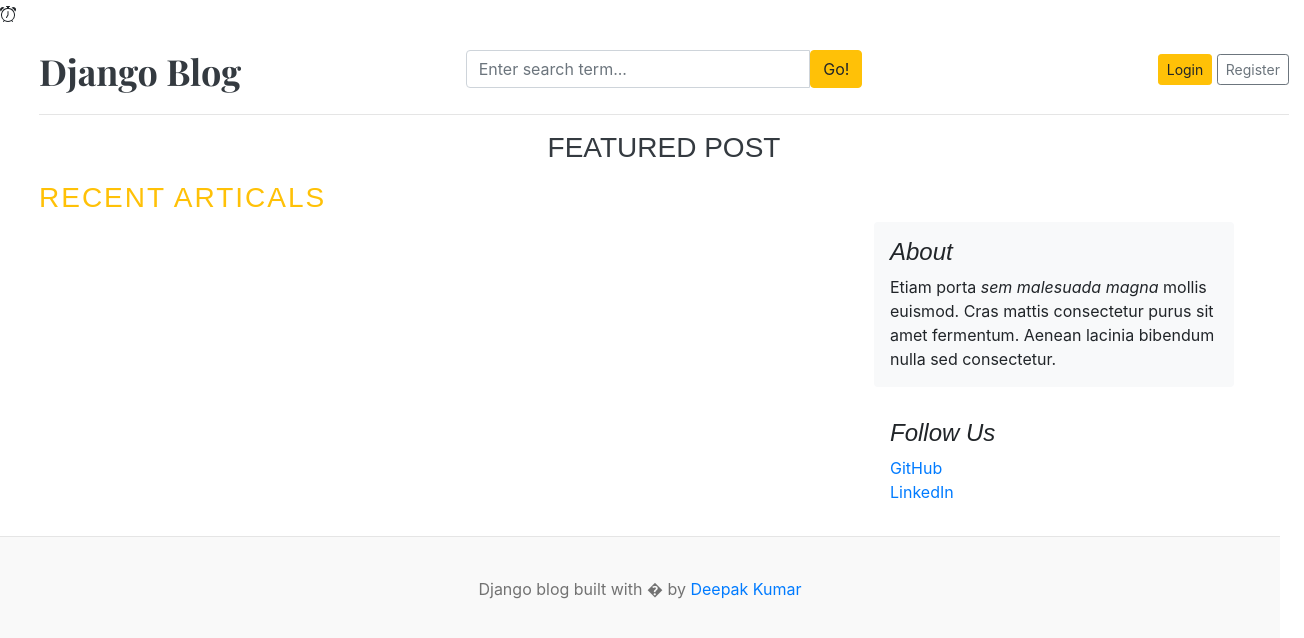
Repository: vijayholve/Blog-Website-Django
Page: templates/home.html
An editor plug-in stored every save of this project. The page is shown before and after the next save, followed by the edit.
The browser window is 1280 px wide. The page is 1304 px wide, so the pictures cover 1304 px, including what lies to the right of the window. The pictures show the whole page.
The template is drawn by Django 5.2. The application's start-up code is not run. Other server files are loaded and not shown. The template is opened directly, without the code that normally fills it, so the values that code supplies are empty.

Above is the page before, as saved 2025-01-29 16:00:49.

### templates/home.html

{% extends 'base/base.html' %}

{% block content %}

{% for post in featured_post %}
 {% if forloop.first %}
<div class="jumbotron p-3 p-md-5 text-white rounded bg-dark" style="background-image: url({{ post.blog_image.url }});background-blend-mode: overlay;background-size:cover;">
    <div class="col-md-8 px-0">
      <h1 class="display-4 font-italic"><a href="{% url 'blogs' post.slug %}">{{ post.title }}</a></h1>
      <p class="lead my-3">{{ post.short_description | truncatewords:20 }}</p>
      <p class="lead mb-0"><a href="#" class="text-white font-weight-bold">Continue reading...</a></p>
    </div>
</div>
  {% endif %}
{% endfor %}


<!-- Featured POST -->
<h3 class="text-uppercase text-dark text-bold text-center" >Featured POST</h3>
  <div class="row mb-2">
    {% for post in featured_post %}
      {% if not forloop.first %}
    <div class="col-md-6">
      <div class="card border-0" >
        <div class="card-body">
          <h3><a href="{% url 'blogs' post.slug %}">{{ post.title }}</a></h3>
          <small class="mb-1 text-muted"><i class="bi bi-alarm"></i> {{ post.created_at | timesince }} ago | {{ post.author }}</small>
          <p class="card-text">{{ post.short_description | truncatewords:20 }}</p>
        </div>
      </div>
    </div>
     {% endif %}
    {% endfor %}
  </div>


  <!-- Recent artical -->
  <h3 class="text-uppercase text-warning" style="letter-spacing: 2px;">Recent Articals</h3>
  <main role="main" class="container p-0">
    <div class="row">
      <div class="col-md-8 blog-main">
        {% for post in posts %}
        <div class="card border-0" >
          <div class="card-body">
            <h3><a href="{% url 'blogs' post.slug %}">{{ post.title }}</a></h3>
            <small class="mb-1 text-muted">{{ post.created_at | timesince }} ago | {{ post.author }}</small>
            <p class="card-text">{{ post.short_description | truncatewords:20 }}</p>
          </div>
        </div>
        {% endfor %}
      </div>
      <!-- /.blog-main -->

      <aside class="col-md-4 blog-sidebar">
        <div class="p-3 mb-3 bg-light rounded">
          <h4 class="font-italic">About</h4>
          <p class="mb-0">Etiam porta <em>sem malesuada magna</em> mollis euismod. Cras mattis consectetur purus sit amet fermentum. Aenean lacinia bibendum nulla sed consectetur.</p>
        </div>

        <div class="p-3">
          <h4 class="font-italic">Follow Us</h4>
          <ol class="list-unstyled">
            <li><a href="#">GitHub</a></li>
            <li><a href="#">LinkedIn</a></li>
          </ol>
        </div>
      </aside><!-- /.blog-sidebar -->

    </div><!-- /.row -->

  </main><!-- /.container -->

</div>
{% endblock %}

### templates/base/base.html
<!-- Header part -->
{% include './header.html' %}

<!-- Main content part -->
{% block content %}
<div class="container-fluid">

</div>
{% endblock %}

<!-- Footer -->
{% include './footer.html' %}

### templates/base/header.html
{% load static %}
<!DOCTYPE html>
<html lang="en">
<head>
    <meta charset="UTF-8">
    <meta http-equiv="X-UA-Compatible" content="IE=edge">
    <meta name="viewport" content="width=device-width, initial-scale=1.0">
    <title>SM Joshi Blogs</title>
    <link href="https://getbootstrap.com/docs/4.0/dist/css/bootstrap.min.css" rel="stylesheet">
    <link href="https://fonts.googleapis.com/css?family=Playfair+Display:700,900" rel="stylesheet">
    <link href="{% static 'css/blog.css' %}" rel="stylesheet">
    <link href="{% static 'css/Navbar.css' %}" rel="stylesheet">
    <link rel="stylesheet" href="https://cdn.jsdelivr.net/npm/bootstrap@4.4.1/dist/css/bootstrap.min.css" integrity="sha384-Vkoo8x4CGsO3+Hhxv8T/Q5PaXtkKtu6ug5TOeNV6gBiFeWPGFN9MuhOf23Q9Ifjh" crossorigin="anonymous">
    <svg xmlns="http://www.w3.org/2000/svg" width="16" height="16" fill="currentColor" class="bi bi-alarm" viewBox="0 0 16 16">
      <path d="M8.5 5.5a.5.5 0 0 0-1 0v3.362l-1.429 2.38a.5.5 0 1 0 .858.515l1.5-2.5A.5.5 0 0 0 8.5 9z"/>
      <path d="M6.5 0a.5.5 0 0 0 0 1H7v1.07a7.001 7.001 0 0 0-3.273 12.474l-.602.602a.5.5 0 0 0 .707.708l.746-.746A6.97 6.97 0 0 0 8 16a6.97 6.97 0 0 0 3.422-.892l.746.746a.5.5 0 0 0 .707-.708l-.601-.602A7.001 7.001 0 0 0 9 2.07V1h.5a.5.5 0 0 0 0-1zm1.038 3.018a6 6 0 0 1 .924 0 6 6 0 1 1-.924 0M0 3.5c0 .753.333 1.429.86 1.887A8.04 8.04 0 0 1 4.387 1.86 2.5 2.5 0 0 0 0 3.5M13.5 1c-.753 0-1.429.333-1.887.86a8.04 8.04 0 0 1 3.527 3.527A2.5 2.5 0 0 0 13.5 1"/>
    </svg>
    <link rel="stylesheet" href="https://cdnjs.cloudflare.com/ajax/libs/font-awesome/4.7.0/css/font-awesome.min.css">
  </head>
<body>
    <div class="container-fluid ml-4">
      <header class="blog-header py-3">
        <div class="row flex-nowrap justify-content-between align-items-center">
          <div class="col-4 pt-1">
            <a class="blog-header-logo text-dark" href="/">Django Blog</a>
          </div>
          <div class="col-4">
            <form action="{% url 'search' %}" method="GET">
              <div class="input-group">
                <input class="form-control" name="keyword" type="text" placeholder="Enter search term..." aria-label="Enter search term..." aria-describedby="button-search" />
                <button type="submit" class="btn btn-warning" id="button-search" type="button">Go!</button>
            </div>
            </form>
          </div>

          <div class="col-4 d-flex justify-content-end align-items-center">
            {% if not user.is_authenticated %}
            <a class="btn btn-sm btn-warning" href="{% url 'login' %}">Login</a> &nbsp;
            <a class="btn btn-sm btn-outline-secondary" href="{% url 'register' %}">Register</a>
            {% else %}
            <span><a href="{% url 'dashboard' %}" class="btn btn-warning">Dashboard</a></span> &nbsp;
            <span><a href="{% url 'logout' %}">Logout</a></span>
            {% endif %}
          </div>
        </div>
      </header>

      <div class="nav-scroller py-1 mb-2">
        <nav class="nav d-flex justify-content-between">
          {% for cat in categories %}
          <a class="p-2 text-muted" href="{% url 'posts_by_category' cat.id  %}">{{ cat.category_name }}</a>
          {% endfor %}
        </nav>
      </div>

### templates/base/footer.html
<footer class="blog-footer">
    <p>Django blog built with � by <a href="#">Deepak Kumar</a></p>
  </footer>
  </body>
  </html>

### static/css/blog.css
/* stylelint-disable selector-list-comma-newline-after */

.blog-header {
  border-bottom: 1px solid #e5e5e5;
}

.blog-header-logo {
  font-family: "Playfair Display", Georgia, "Times New Roman", serif/*rtl:Amiri, Georgia, "Times New Roman", serif*/;
  font-size: 2.25rem;
}

.blog-header-logo:hover {
  text-decoration: none;
}

h1, h2, h3, h4, h5, h6 {
  font-family: "Playfair Display", Georgia, "Times New Roman", serif/*rtl:Amiri, Georgia, "Times New Roman", serif*/;
}

.display-4 {
  font-size: 2.5rem;
}
@media (min-width: 768px) {
  .display-4 {
    font-size: 3rem;
  }
}

.flex-auto {
  flex: 0 0 auto;
}

.h-250 { height: 250px; }
@media (min-width: 768px) {
  .h-md-250 { height: 250px; }
}

/* Pagination */
.blog-pagination {
  margin-bottom: 4rem;
}

/*
 * Blog posts
 */
.blog-post {
  margin-bottom: 4rem;
}
.blog-post-title {
  font-size: 2.5rem;
}
.blog-post-meta {
  margin-bottom: 1.25rem;
  color: #727272;
}

/*
 * Footer
 */
.blog-footer {
  padding: 2.5rem 0;
  color: #727272;
  text-align: center;
  background-color: #f9f9f9;
  border-top: .05rem solid #e5e5e5;
}
.blog-footer p:last-child {
  margin-bottom: 0;
}

### static/css/Navbar.css
:root {
    --font-family-sans-serif: "Open Sans", -apple-system, BlinkMacSystemFont,
    "Segoe UI", Roboto, "Helvetica Neue", Arial, sans-serif, "Apple Color Emoji",
    "Segoe UI Emoji", "Segoe UI Symbol", "Noto Color Emoji";
}

*, *::before, *::after {
    -webkit-box-sizing: border-box;
    box-sizing: border-box;
}

html {
    font-family: sans-serif;
    line-height: 1.15;
    -webkit-text-size-adjust: 100%;
    -webkit-tap-highlight-color: rgba(0, 0, 0, 0);
}

nav {
    display: block;
}

body {
    margin: 0;
    font-family: "Open Sans", -apple-system, BlinkMacSystemFont, "Segoe UI",
    Roboto, "Helvetica Neue", Arial, sans-serif, "Apple Color Emoji",
    "Segoe UI Emoji", "Segoe UI Symbol", "Noto Color Emoji";
    font-size: 1rem;
    font-weight: 400;
    line-height: 1.5;
    color: #515151;
    text-align: left;
    background-color: #e9edf4;
}

h1, h2, h3, h4, h5, h6 {
    margin-top: 0;
    margin-bottom: 0.5rem;
}

p {
    margin-top: 0;
    margin-bottom: 1rem;
}

a {
    color: #3f84fc;
    text-decoration: none;
    background-color: transparent;
}

a:hover {
    color: #0458eb;
    text-decoration: underline;
}

h1, h2, h3, h4, h5, h6, .h1, .h2, .h3, .h4, .h5, .h6 {
    font-family: "Nunito", sans-serif;
    margin-bottom: 0.5rem;
    font-weight: 500;
    line-height: 1.2;
}

h1, .h1 {
    font-size: 2.5rem;
    font-weight: normal;
}

.card {
    position: relative;
    display: -webkit-box;
    display: -webkit-flex;
    display: -ms-flexbox;
    display: flex;
    -webkit-box-orient: vertical;
    -webkit-box-direction: normal;
    -webkit-flex-direction: column;
    -ms-flex-direction: column;
    flex-direction: column;
    min-width: 0;
    word-wrap: break-word;
    background-color: #fff;
    background-clip: border-box;
    border: 1px solid rgba(0, 0, 0, 0.125);
    border-radius: 0;
}

.card-body {
    -webkit-box-flex: 1;
    -webkit-flex: 1 1 auto;
    -ms-flex: 1 1 auto;
    flex: 1 1 auto;
    padding: 1.25rem;
}

.card-header {
    padding: 0.75rem 1.25rem;
    margin-bottom: 0;
    background-color: rgba(0, 0, 0, 0.03);
    border-bottom: 1px solid rgba(0, 0, 0, 0.125);
    text-align: center;
}

.dashboard {
    display: -webkit-box;
    display: -webkit-flex;
    display: -ms-flexbox;
    display: flex;
    min-height: 100vh;
}

.dashboard-app {
    display: -webkit-box;
    display: -webkit-flex;
    display: -ms-flexbox;
    display: flex;
    -webkit-box-orient: vertical;
    -webkit-box-direction: normal;
    -webkit-flex-direction: column;
    -ms-flex-direction: column;
    flex-direction: column;
    -webkit-box-flex: 2;
    -webkit-flex-grow: 2;
    -ms-flex-positive: 2;
    flex-grow: 2;
    margin-top: 84px;
}

.dashboard-content {
    -webkit-box-flex: 2;
    -webkit-flex-grow: 2;
    -ms-flex-positive: 2;
    flex-grow: 2;
    padding: 25px;
}

.dashboard-nav {
    min-width: 238px;
    position: fixed;
    left: 0;
    top: 0;
    bottom: 0;
    overflow: auto;
    background-color: #373193;
}

.dashboard-compact .dashboard-nav {
    display: none;
}

.dashboard-nav header {
    min-height: 84px;
    padding: 8px 27px;
    display: -webkit-box;
    display: -webkit-flex;
    display: -ms-flexbox;
    display: flex;
    -webkit-box-pack: center;
    -webkit-justify-content: center;
    -ms-flex-pack: center;
    justify-content: center;
    -webkit-box-align: center;
    -webkit-align-items: center;
    -ms-flex-align: center;
    align-items: center;
}

.dashboard-nav header .menu-toggle {
    display: none;
    margin-right: auto;
}

.dashboard-nav a {
    color: #515151;
}

.dashboard-nav a:hover {
    text-decoration: none;
}

.dashboard-nav {
    background-color: #443ea2;
}

.dashboard-nav a {
    color: #fff;
}

.brand-logo {
    font-family: "Nunito", sans-serif;
    font-weight: bold;
    font-size: 20px;
    display: -webkit-box;
    display: -webkit-flex;
    display: -ms-flexbox;
    display: flex;
    color: #515151;
    -webkit-box-align: center;
    -webkit-align-items: center;
    -ms-flex-align: center;
    align-items: center;
}

.brand-logo:focus, .brand-logo:active, .brand-logo:hover {
    color: #dbdbdb;
    text-decoration: none;
}

.brand-logo i {
    color: #d2d1d1;
    font-size: 27px;
    margin-right: 10px;
}

.dashboard-nav-list {
    display: -webkit-box;
    display: -webkit-flex;
    display: -ms-flexbox;
    display: flex;
    -webkit-box-orient: vertical;
    -webkit-box-direction: normal;
    -webkit-flex-direction: column;
    -ms-flex-direction: column;
    flex-direction: column;
}

.dashboard-nav-item {
    min-height: 56px;
    padding: 8px 20px 8px 70px;
    display: -webkit-box;
    display: -webkit-flex;
    display: -ms-flexbox;
    display: flex;
    -webkit-box-align: center;
    -webkit-align-items: center;
    -ms-flex-align: center;
    align-items: center;
    letter-spacing: 0.02em;
    transition: ease-out 0.5s;
}

.dashboard-nav-item i {
    width: 36px;
    font-size: 19px;
    margin-left: -40px;
}

.dashboard-nav-item:hover {
    background: rgba(255, 255, 255, 0.04);
}

.active {
    background: rgba(0, 0, 0, 0.1);
}

.dashboard-nav-dropdown {
    display: -webkit-box;
    display: -webkit-flex;
    display: -ms-flexbox;
    display: flex;
    -webkit-box-orient: vertical;
    -webkit-box-direction: normal;
    -webkit-flex-direction: column;
    -ms-flex-direction: column;
    flex-direction: column;
}

.dashboard-nav-dropdown.show {
    background: rgba(255, 255, 255, 0.04);
}

.dashboard-nav-dropdown.show > .dashboard-nav-dropdown-toggle {
    font-weight: bold;
}

.dashboard-nav-dropdown.show > .dashboard-nav-dropdown-toggle:after {
    -webkit-transform: none;
    -o-transform: none;
    transform: none;
}

.dashboard-nav-dropdown.show > .dashboard-nav-dropdown-menu {
    display: -webkit-box;
    display: -webkit-flex;
    display: -ms-flexbox;
    display: flex;
}

.dashboard-nav-dropdown-toggle:after {
    content: "";
    margin-left: auto;
    display: inline-block;
    width: 0;
    height: 0;
    border-left: 5px solid transparent;
    border-right: 5px solid transparent;
    border-top: 5px solid rgba(81, 81, 81, 0.8);
    -webkit-transform: rotate(90deg);
    -o-transform: rotate(90deg);
    transform: rotate(90deg);
}

.dashboard-nav .dashboard-nav-dropdown-toggle:after {
    border-top-color: rgba(255, 255, 255, 0.72);
}

.dashboard-nav-dropdown-menu {
    display: none;
    -webkit-box-orient: vertical;
    -webkit-box-direction: normal;
    -webkit-flex-direction: column;
    -ms-flex-direction: column;
    flex-direction: column;
}

.dashboard-nav-dropdown-item {
    min-height: 40px;
    padding: 8px 20px 8px 70px;
    display: -webkit-box;
    display: -webkit-flex;
    display: -ms-flexbox;
    display: flex;
    -webkit-box-align: center;
    -webkit-align-items: center;
    -ms-flex-align: center;
    align-items: center;
    transition: ease-out 0.5s;
}

.dashboard-nav-dropdown-item:hover {
    background: rgba(255, 255, 255, 0.04);
}

.menu-toggle {
    position: relative;
    width: 42px;
    height: 42px;
    display: -webkit-box;
    display: -webkit-flex;
    display: -ms-flexbox;
    display: flex;
    -webkit-box-align: center;
    -webkit-align-items: center;
    -ms-flex-align: center;
    align-items: center;
    -webkit-box-pack: center;
    -webkit-justify-content: center;
    -ms-flex-pack: center;
    justify-content: center;
    color: #443ea2;
}

.menu-toggle:hover, .menu-toggle:active, .menu-toggle:focus {
    text-decoration: none;
    color: #875de5;
}

.menu-toggle i {
    font-size: 20px;
}

.dashboard-toolbar {
    min-height: 84px;
    background-color: #dfdfdf;
    display: -webkit-box;
    display: -webkit-flex;
    display: -ms-flexbox;
    display: flex;
    -webkit-box-align: center;
    -webkit-align-items: center;
    -ms-flex-align: center;
    align-items: center;
    padding: 8px 27px;
    position: fixed;
    top: 0;
    right: 0;
    left: 0;
    z-index: 1000;
}

.nav-item-divider {
    height: 1px;
    margin: 1rem 0;
    overflow: hidden;
    background-color: rgba(236, 238, 239, 0.3);
}

@media (min-width: 992px) {
    .dashboard-app {
        margin-left: 238px;
    }

    .dashboard-compact .dashboard-app {
        margin-left: 0;
    }
}


@media (max-width: 768px) {
    .dashboard-content {
        padding: 15px 0px;
    }
}

@media (max-width: 992px) {
    .dashboard-nav {
        display: none;
        position: fixed;
        top: 0;
        right: 0;
        left: 0;
        bottom: 0;
        z-index: 1070;
    }

    .dashboard-nav.mobile-show {
        display: block;
    }
}

@media (max-width: 992px) {
    .dashboard-nav header .menu-toggle {
        display: -webkit-box;
        display: -webkit-flex;
        display: -ms-flexbox;
        display: flex;
    }
}

@media (min-width: 992px) {
    .dashboard-toolbar {
        left: 238px;
    }

    .dashboard-compact .dashboard-toolbar {
        left: 0;
    }
}

After the next save:
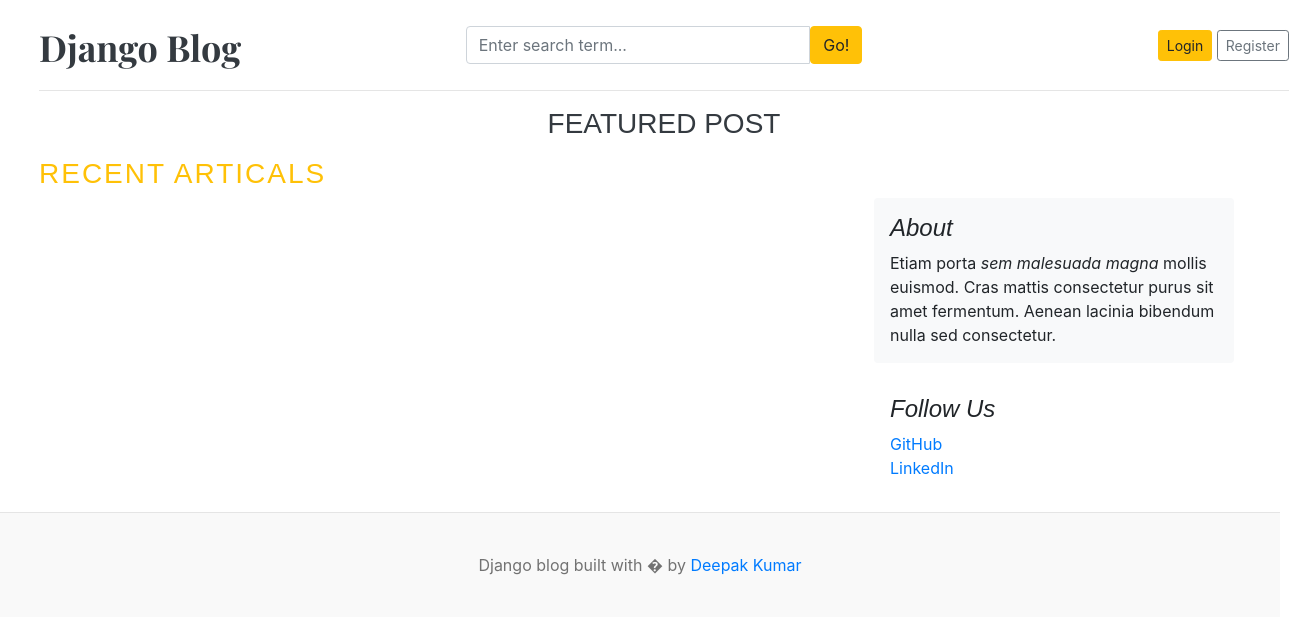
Saved 64 s later.
--- a/templates/base/header.html
+++ b/templates/base/header.html
@@ -11,10 +11,7 @@
     <link href="{% static 'css/blog.css' %}" rel="stylesheet">
     <link href="{% static 'css/Navbar.css' %}" rel="stylesheet">
     <link rel="stylesheet" href="https://cdn.jsdelivr.net/npm/bootstrap@4.4.1/dist/css/bootstrap.min.css" integrity="sha384-Vkoo8x4CGsO3+Hhxv8T/Q5PaXtkKtu6ug5TOeNV6gBiFeWPGFN9MuhOf23Q9Ifjh" crossorigin="anonymous">
-    <svg xmlns="http://www.w3.org/2000/svg" width="16" height="16" fill="currentColor" class="bi bi-alarm" viewBox="0 0 16 16">
-      <path d="M8.5 5.5a.5.5 0 0 0-1 0v3.362l-1.429 2.38a.5.5 0 1 0 .858.515l1.5-2.5A.5.5 0 0 0 8.5 9z"/>
-      <path d="M6.5 0a.5.5 0 0 0 0 1H7v1.07a7.001 7.001 0 0 0-3.273 12.474l-.602.602a.5.5 0 0 0 .707.708l.746-.746A6.97 6.97 0 0 0 8 16a6.97 6.97 0 0 0 3.422-.892l.746.746a.5.5 0 0 0 .707-.708l-.601-.602A7.001 7.001 0 0 0 9 2.07V1h.5a.5.5 0 0 0 0-1zm1.038 3.018a6 6 0 0 1 .924 0 6 6 0 1 1-.924 0M0 3.5c0 .753.333 1.429.86 1.887A8.04 8.04 0 0 1 4.387 1.86 2.5 2.5 0 0 0 0 3.5M13.5 1c-.753 0-1.429.333-1.887.86a8.04 8.04 0 0 1 3.527 3.527A2.5 2.5 0 0 0 13.5 1"/>
-    </svg>
+
     <link rel="stylesheet" href="https://cdnjs.cloudflare.com/ajax/libs/font-awesome/4.7.0/css/font-awesome.min.css">
   </head>
 <body>
